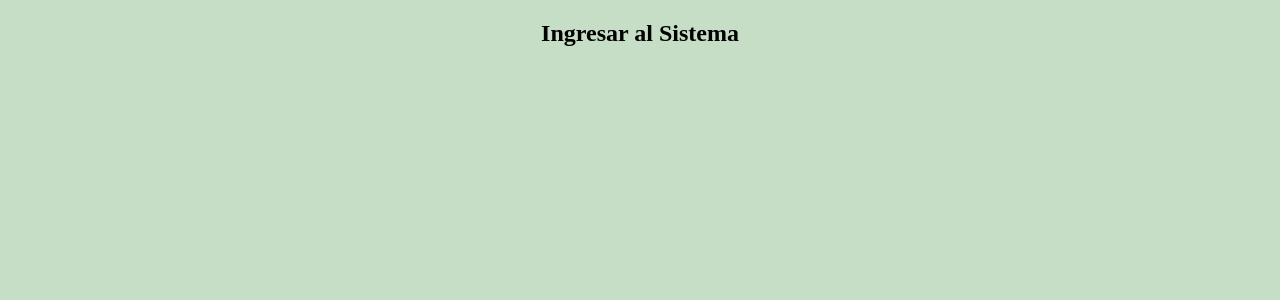
Repository: PabloBarazorda/LPII_CL2_BarazordaPablo
Page: http://localhost/LPII_CL2_BarazordaPablo/RegistroUsuario.jsp
An editor plug-in stored every save of this project. The page is shown before and after the next save, followed by the edit.
The browser window is 1280 px wide. The pictures show the whole page.
The page is served by Tomcat 9.

Above is the page before, as saved 2024-06-23 05:28:37.

After the next save:
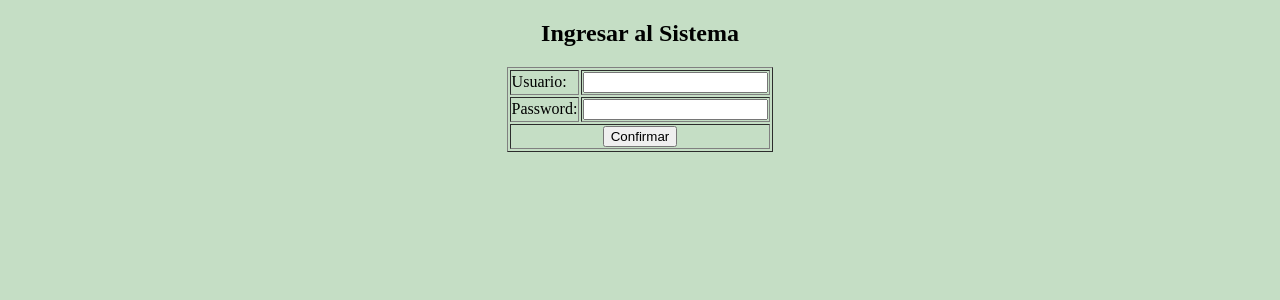
Saved 2 min 44 s later.
--- a/LPII_CL2_BarazordaPablo/src/main/webapp/RegistroUsuario.jsp
+++ b/LPII_CL2_BarazordaPablo/src/main/webapp/RegistroUsuario.jsp
@@ -8,5 +8,20 @@
 </head>
 <body bgcolor="#c5dec5">
 <h2 align="center">Ingresar al Sistema</h2>
+<div align="center">
+    <table border="1">
+        <tr>
+            <td>Usuario:</td>
+            <td><input type="text" name="usuario" /></td>
+        </tr>
+        <tr>
+            <td>Password:</td>
+            <td><input type="password" name="password" /></td>
+        </tr>
+        <tr>
+            <td colspan="2" align="center"><button type="button">Confirmar</button></td>
+        </tr>
+    </table>
+</div>
 </body>
 </html>
